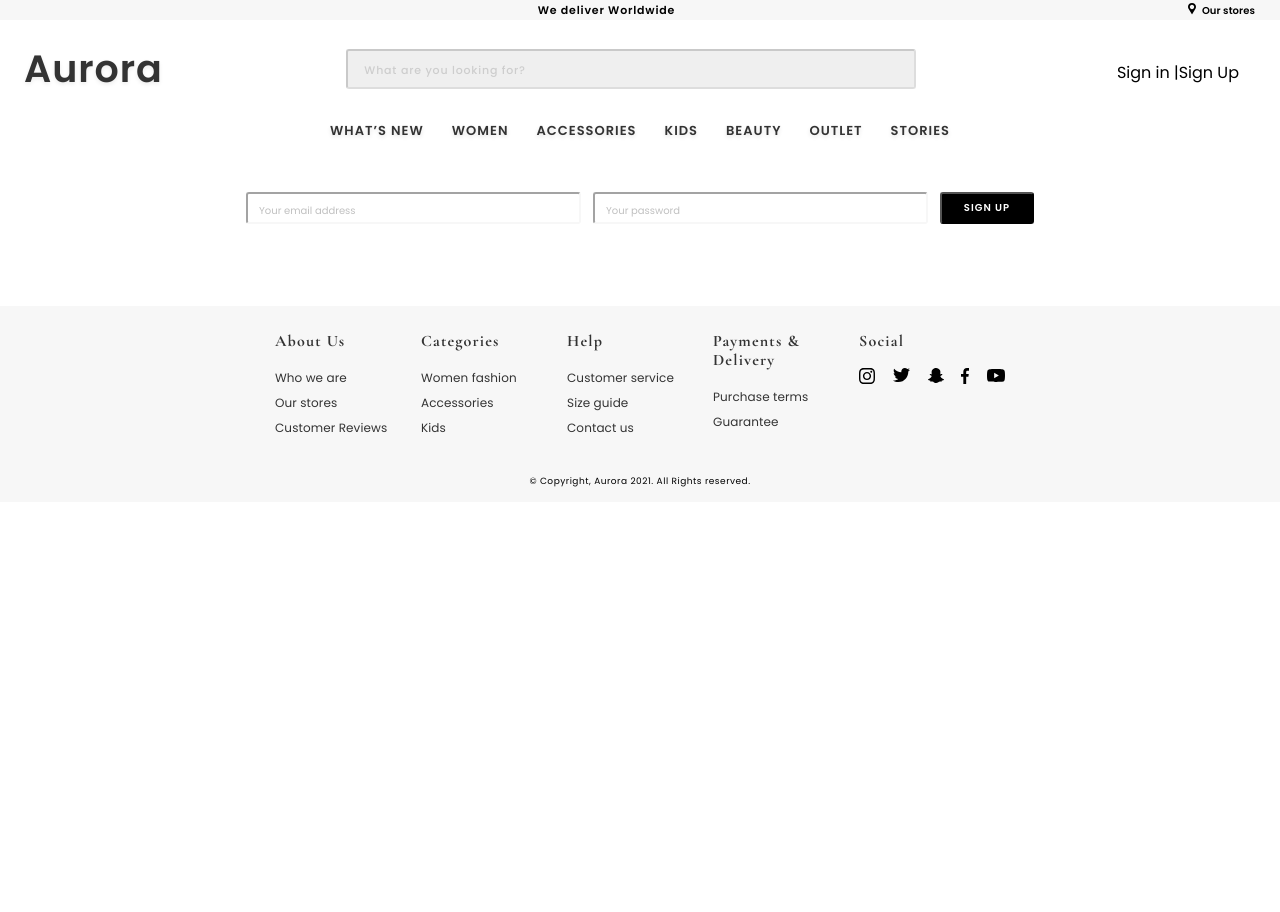
Repository: YuraKrvz/aurora-react-redux-toolkit-firebase
Page: /signUp
The author's editor kept a copy of each file at every save. The page is drawn from the files as they stood at one save, then again after the next save.
The browser window is 1280 px wide. The pictures show the whole page.
The project was rebuilt for these pictures with package versions that can differ from the ones it lists, and the page was loaded fresh each time. Also part of the build but not shown: src/components/MainSection/MainSection.jsx, src/pages/HomeGuest.jsx, src/pages/HomeUser.jsx, src/pages/SignIn.jsx.

Above is the page before, as saved 2021-11-29 13:22:01.

After the next save:
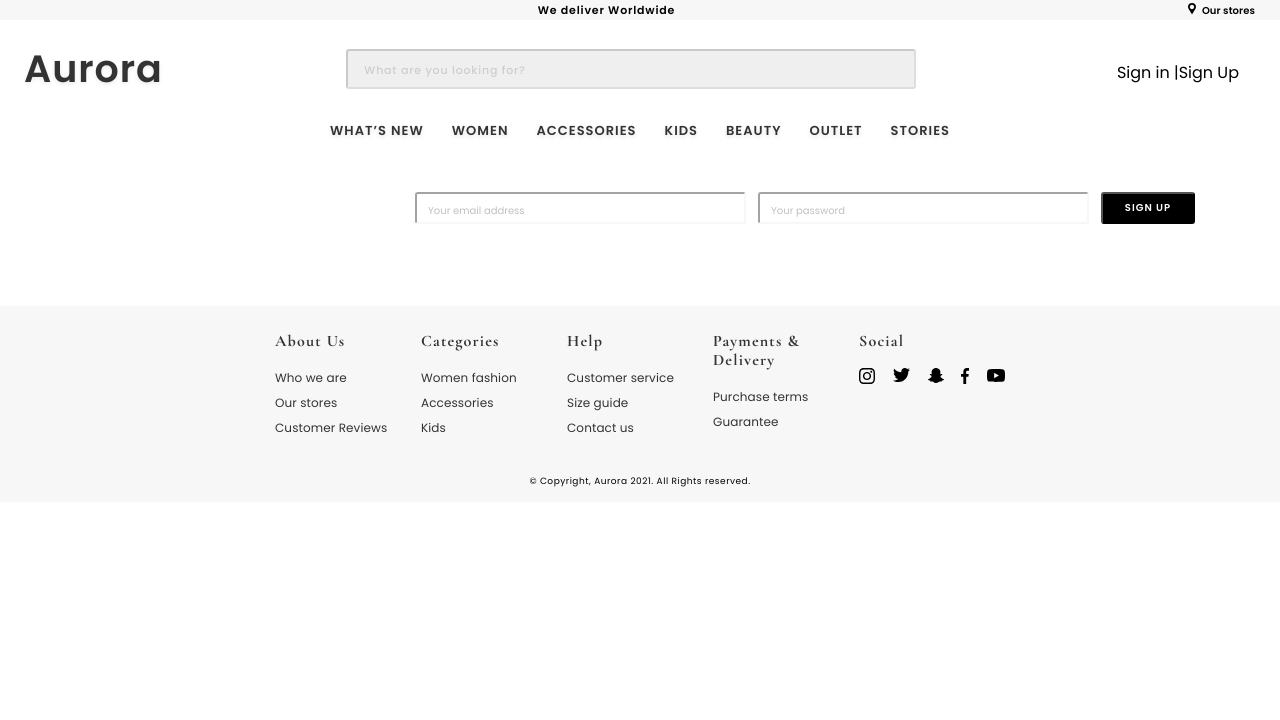
Saved 27 s later.
--- a/src/pages/SignUp.jsx
+++ b/src/pages/SignUp.jsx
@@ -17,7 +17,7 @@ const SignUp = () => {
    return (
       <>
          <div className={s.section_register_field}>
-            <div style={{height: '100vh', display: 'flex', flexDirection: 'column', alignItems: 'center'}}>
+            <div style={{minHeight: '100%', }}>
                <label className={s.input_wrap}>
                <input className={s.section_register_input} ref={emailRef} type="email" placeholder='Your email address' />
                <input className={s.section_register_input} ref={passwordRef} type="password" placeholder='Your password' />
